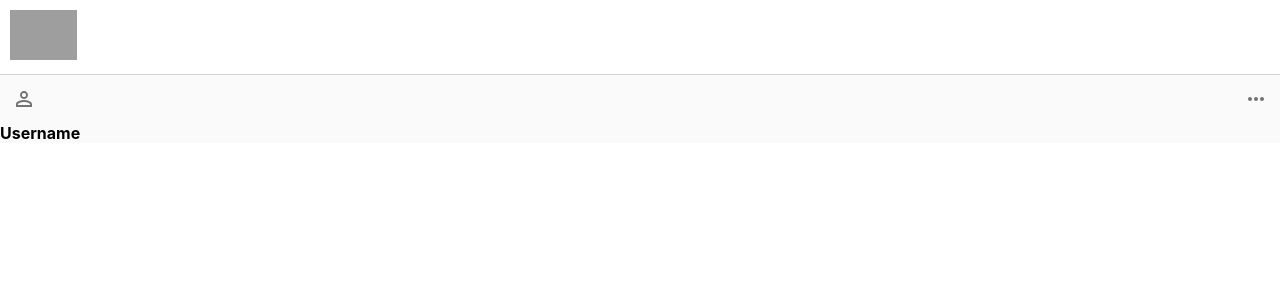
Repository: shiv0403/React-PostEmbed
Page: /
The author's editor kept a copy of each file at every save. The page is drawn from the files as they stood at one save, then again after the next save.
The browser window is 1280 px wide. The pictures show the whole page.
Pictures or frames that could not be fetched are drawn as grey boxes. The project was rebuilt for these pictures with package versions that can differ from the ones it lists, and the page was loaded fresh each time.

Above is the page before, as saved 2021-01-07 14:22:16.

After the next save:
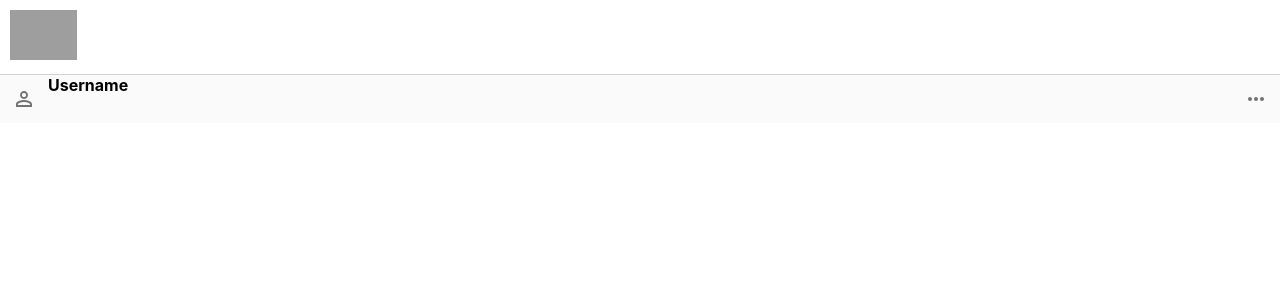
Saved 10 s later.
--- a/src/Post.css
+++ b/src/Post.css
@@ -2,3 +2,7 @@
   display: flex;
   justify-content: space-between;
 }
+
+.post_header_about {
+  display: flex;
+}
